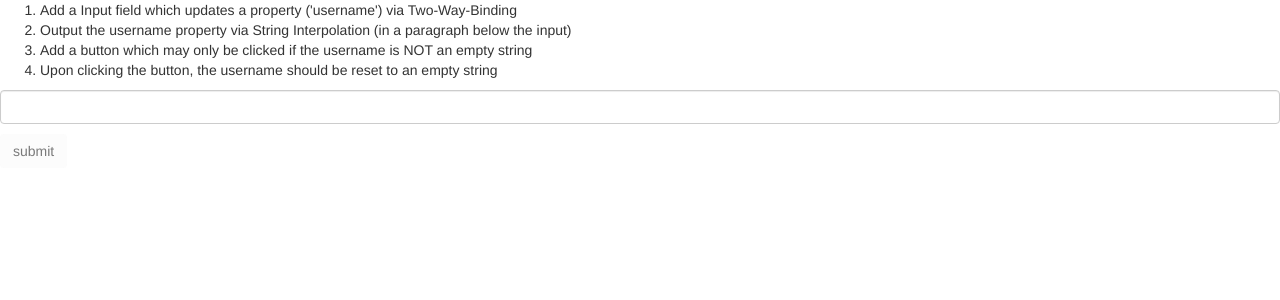
Repository: warrior1803-wang/Angular-Practices
Page: /
The author's editor kept a copy of each file at every save. The page is drawn from the files as they stood at one save, then again after the next save.
The browser window is 1280 px wide. The pictures show the whole page.
The project was rebuilt for these pictures with package versions that can differ from the ones it lists, and the page was loaded fresh each time. Also part of the build but not shown: angular.json.

Above is the page before, as saved 2022-11-01 22:13:08.

### src/app/app.component.ts
import { Component } from '@angular/core';

@Component({
  selector: 'app-root',
  templateUrl: './app.component.html',
  styleUrls: ['./app.component.css']
})
export class AppComponent {
  username = ""
}

### src/app/app.component.html
<ol>
  <li>Add a Input field which updates a property ('username') via Two-Way-Binding</li>
  <li>Output the username property via String Interpolation (in a paragraph below the input)</li>
  <li>Add a button which may only be clicked if the username is NOT an empty string</li>
  <li>Upon clicking the button, the username should be reset to an empty string</li>
</ol>
<input type="text" class="form-control"
[(ngModel)]="username">
<p>{{username}}</p>
<button class="btn btn-dark" [disabled]="!username">submit</button>

Loaded but not shown: src/index.html (common file); src/styles.css (common file); src/main.ts (common file); src/app/app.module.ts (common file); src/environments/environment.ts (common file); src/app/app.component.css (no stored copy; drawn as an empty file)

After the next save:
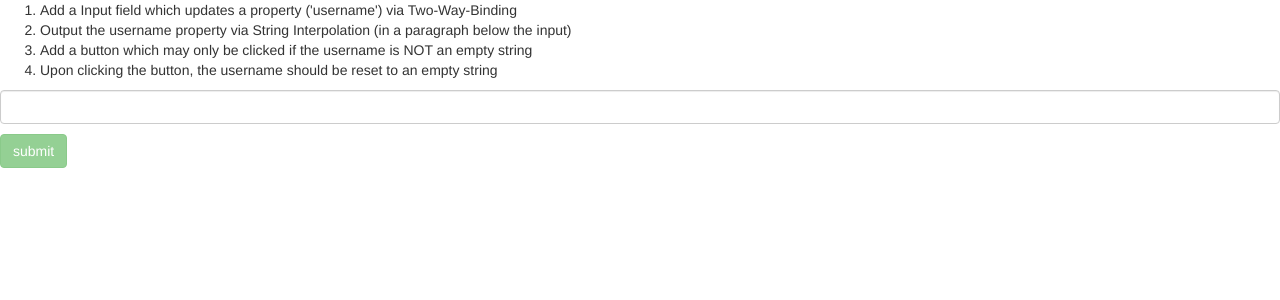
Saved 25 s later.
--- a/src/app/app.component.html
+++ b/src/app/app.component.html
@@ -7,4 +7,4 @@
 <input type="text" class="form-control"
 [(ngModel)]="username">
 <p>{{username}}</p>
-<button class="btn btn-dark" [disabled]="!username">submit</button>
+<button class="btn btn-success" [disabled]="!username">submit</button>
